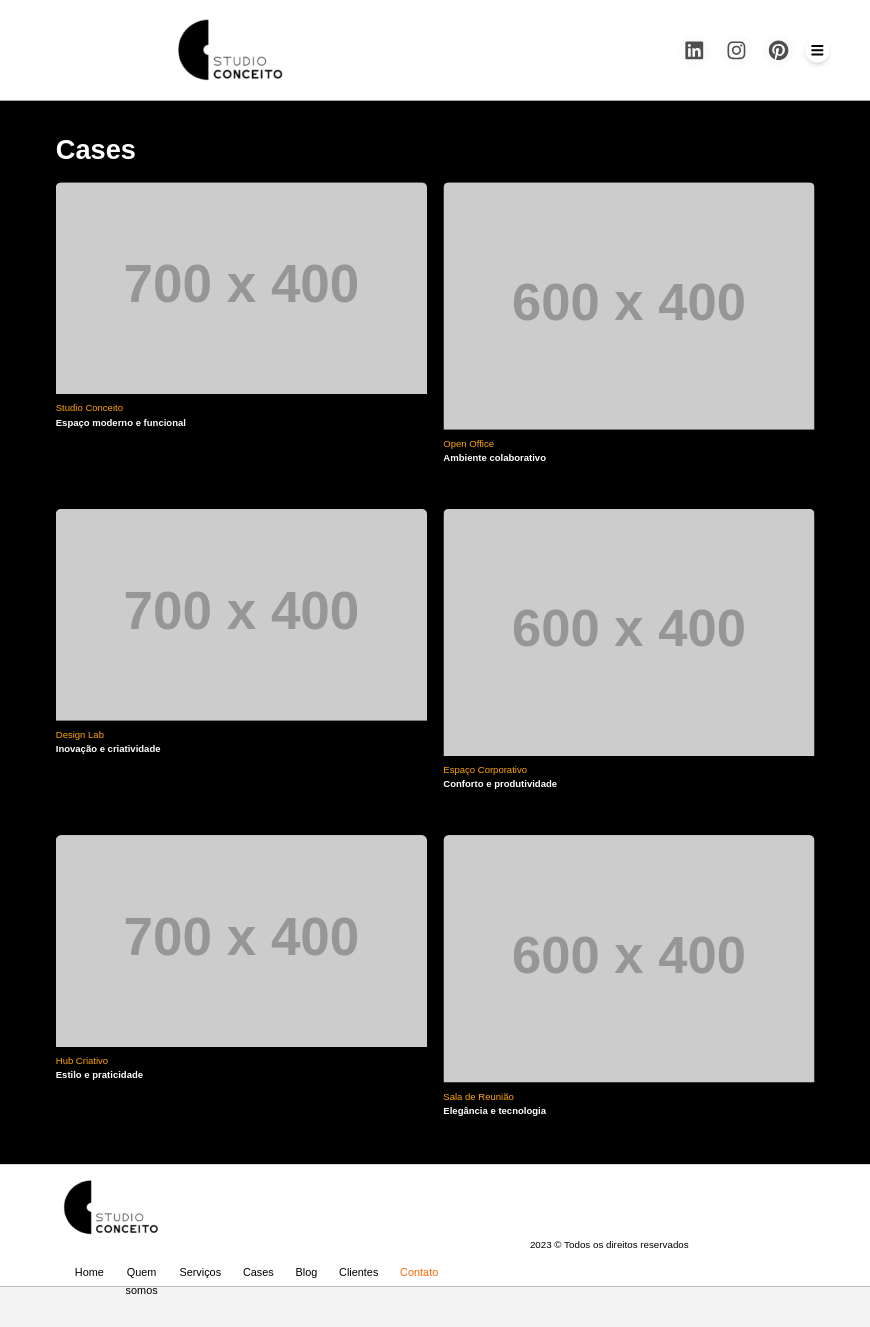
Repository: Upstairs-Agencia/studio-conceito-react
Page: /cases
The author's editor kept a copy of each file at every save. The page is drawn from the files as they stood at one save, then again after the next save.
The browser window is 1280 px wide. The pictures show the whole page, at 68% of full size.
The project was rebuilt for these pictures with package versions that can differ from the ones it lists, and the page was loaded fresh each time. Also part of the build but not shown: src/pages/Home.js, src/pages/QuemSomos.js, src/pages/Servicos.js, src/pages/Blog.js, src/pages/Clientes.js, src/pages/Contato.js.

Above is the page before, as saved 2024-12-29 11:31:34.

After the next save:
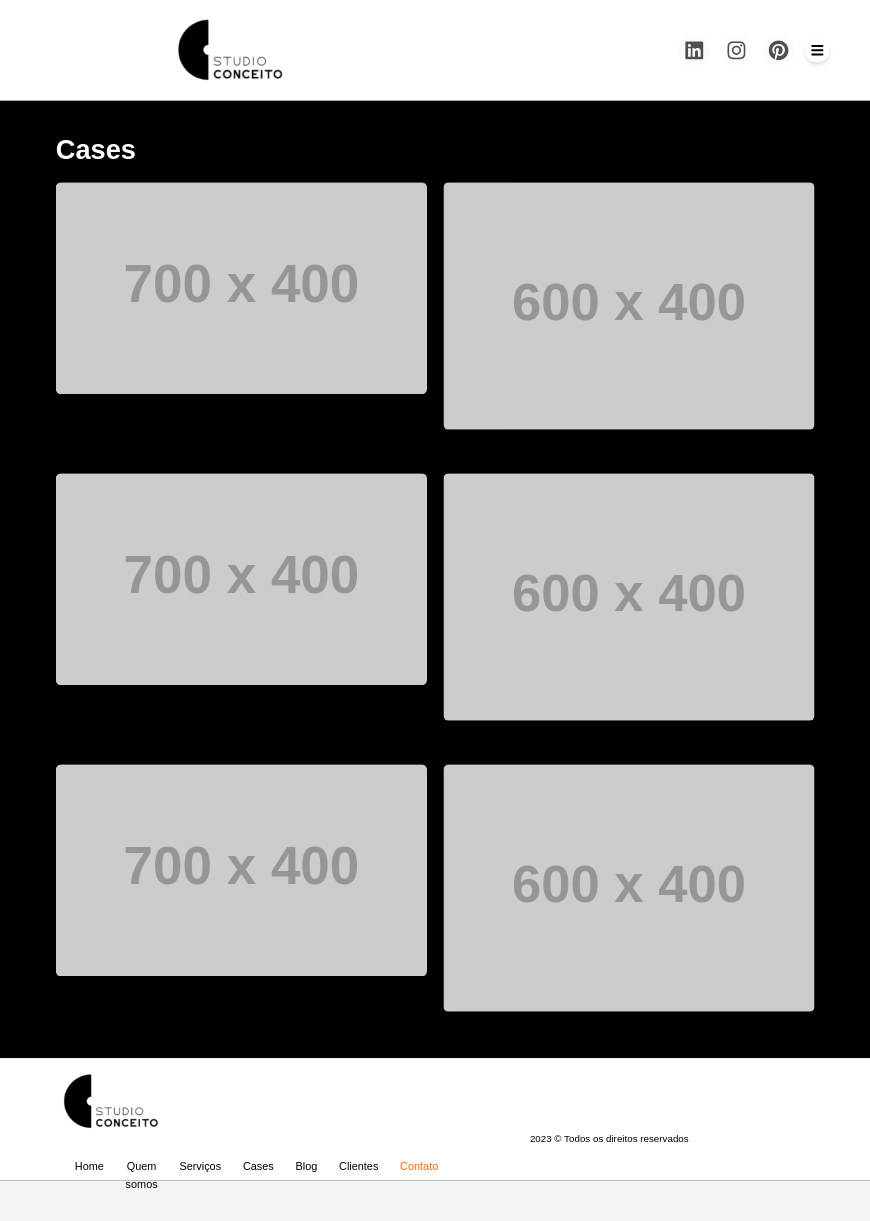
Saved 108 s later.
--- a/src/pages/Cases.js
+++ b/src/pages/Cases.js
@@ -73,10 +73,7 @@ function Cases() {
                     </span>
                   </div>
                 </div>
-                <div className="case-text">
-                  <span className="case-title-text">{caseItem.title}</span>
-                  <span className="case-desc-text">{caseItem.description}</span>
-                </div>
+
               </div>
             </MDBCol>
           ))}
